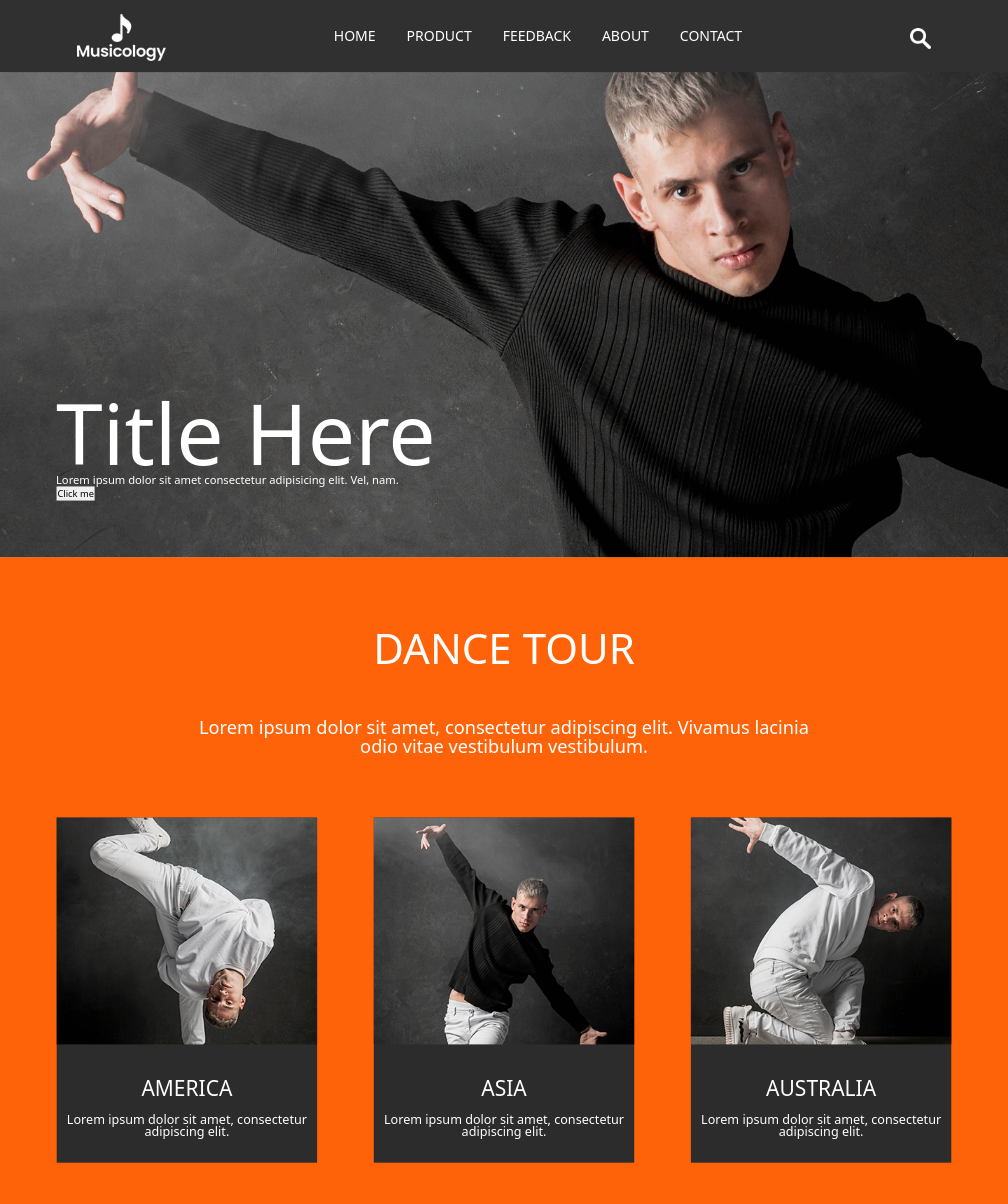
Repository: KinD2704/Web-University
Page: Bai30/index.html
An editor plug-in stored every save of this project. The page is shown before and after the next save, followed by the edit.
The browser window is 1280 px wide. The page is 1440 px wide, so the pictures cover 1440 px, including what lies to the right of the window. The pictures show the part of the page from y = 0 to 1720 px (the page is 7257 px tall), at 70% of full size.

Above is the page before, as saved 2023-12-24 00:38:31.

### Bai30/index.html
<!DOCTYPE html>
<html lang="en">

<head>
    <meta charset="UTF-8" />
    <meta name="viewport" content="width=device-width, initial-scale=1.0" />
    <title>les 30 percent</title>
    <link rel="stylesheet" href="https://cdnjs.cloudflare.com/ajax/libs/font-awesome/6.5.1/css/all.min.css">
    <link rel="stylesheet" href="css/reset.css" />
    <link rel="stylesheet" href="css/global.css">
    <link rel="stylesheet" href="css/styles.css" />
</head>

<body>
    <!-- Header -->
    <header>
        <div class="container d-flex justify-space-around">
            <div>
                <img src="img/logo.png" alt="logo" class="logo1" />
            </div>
            <div>
                <ul>
                    <li><a href="#!" class="text-white transition-05">HOME</a></li>
                    <li><a href="#!" class="text-white transition-05">PRODUCT</a></li>
                    <li><a href="#!" class="text-white transition-05">FEEDBACK</a></li>
                    <li><a href="#!" class="text-white transition-05">ABOUT</a></li>
                    <li><a href="#!" class="text-white transition-05">CONTACT</a></li>
                </ul>
            </div>
            <div>
                <img src="img/search.png" alt="search" class="search" />
            </div>
        </div>
    </header>

    <div class="banner1">
        <div class="banner1__item">
            <div class="banner1__text">
                <p class="text-white">Title Here</p>
            </div>
            <div class="banner1__text2">
                <p class="text-white">Lorem ipsum dolor sit amet consectetur adipisicing elit. Vel, nam.</p>
            </div>
            <div>
                <button class="buttonBtn">Click me</button>
            </div>
        </div>
    </div>
    <div class="banner2 h-974">
        <div class="banner2__container">
            <div class="banner2__text banner2__text1">
                <p class="text-white text-up">Dance Tour</p>
            </div>
            <div class="banner2__text banner2__text2">
                <p class="text-white">
                    Lorem ipsum dolor sit amet, consectetur adipiscing elit.
                    Vivamus lacinia odio vitae vestibulum vestibulum.
                </p>
            </div>
            <div class="banner2__item d-flex justify-space-evenly">
                <div class="banner2__item1">
                    <img src="img/item1.png" alt="" />
                    <p>AMERICA</p>
                    <p>
                        Lorem ipsum dolor sit amet, consectetur adipiscing
                        elit.
                    </p>
                </div>
                <div class="banner2__item1">
                    <img src="img/item2.png" alt="" />
                    <p>ASIA</p>
                    <p>
                        Lorem ipsum dolor sit amet, consectetur adipiscing
                        elit.
                    </p>
                </div>
                <div class="banner2__item1">
                    <img src="img/item3.png" alt="" />
                    <p>AUSTRALIA</p>
                    <p>
                        Lorem ipsum dolor sit amet, consectetur adipiscing
                        elit.
                    </p>
                </div>
            </div>
        </div>
    </div>
    <div class="banner3">
        <div class="banner2__container">
            <div class="banner2__text banner2__text1">
                <p class="text-white text-up">PRICING</p>
            </div>
            <div class="banner2__text banner2__text2">
                <p class="text-white">
                    The Latest Dance Industry Statistics Unveiled
                </p>
            </div>
            <div class="banner2__item d-flex justify-space-evenly">
                <div class="banner3__item1">
                    <div class="imgBasic"><img src="img/basic.png" alt=""></div>
                    <p>basic</p>
                    <p>Lorem ipsum dolor sit amet, consectetur adipiscing elit</p>
                    <div class="bannerBtn"><button>$150.00</button></div>
                </div>
                <div class="banner3__item1">
                    <div class="imgBasic"><img src="img/basic.png" alt="" /></div>
                    <p>Professional</p>
                    <p>Lorem ipsum dolor sit amet, consectetur adipiscing elit</p>
                    <div class="bannerBtn"><button>$200.00</button></div>
                </div>
                <div class="banner3__item1">
                    <div class="imgBasic"><img src="img/basic.png" alt="" /></div>
                    <p>Ultimate</p>
                    <p>Lorem ipsum dolor sit amet, consectetur adipiscing elit</p>
                    <div class="bannerBtn"><button>$250.00</button></div>
                </div>
            </div>
        </div>
        <div class="banner4 h-974">
            <div class="banner4__container d-flex">
                <div class="banner4__item1">
                    <img src="img/anh-banner4.png" alt="" class="h-974">
                </div>
                <div class="banner4__item2">
                    <p class="p1">BREAKING DANCE</p>
                    <p class="p2">the dancers who perform it. Breaking is popular in many places, but many people do not
                        understand it </p>
                    <div class="bannerBtn1"><button class="banner5-Btn">READ MORE</button></div>
                </div>

            </div>
        </div>
        <div class="banner5 h-974">
            <div class="banner5__container d-flex">
                <div class="banner5__item1">
                    <p class="p1">STREET DANCE</p>
                    <p class="p2">Street dance is a type of dance genre that came to being outside the traditional dance
                        studio</p>
                    <div class="bannerBtn1"><button class="banner5-Btn">READ MORE</button></div>
                </div>
                <div class="banner5__item2">
                    <img src="img/anh-banner5.png" alt="" class="h-974">
                </div>
            </div>
        </div>
        <div class="banner6 h-974">
            <div class="banner2__container">
                <div class="banner2__text banner2__text1">
                    <p class="text-up text-white">Our Statistics</p>
                </div>
                <div class="banner2__text banner2__text2">
                    <p class="text-white">
                        The survey was conducted from November 2022 to January
                        2023, for the reporting period of 2022.
                    </p>
                </div>
                <div class="banner6__item d-flex justify-space-evenly">
                    <div class="banner6__item1">
                        <p class="text-white">1240+</p>
                        <p class="text-white">Club</p>
                    </div>
                    <div class="banner6__item1">
                        <p class="text-white">2000+</p>
                        <p class="text-white">Active member</p>
                    </div>
                    <div class="banner6__item1">
                        <p class="text-white">1000+</p>
                        <p class="text-white">Community</p>
                    </div>
                </div>
            </div>
            <div class="banner7 h-974">
                <div></div>
            </div>
            <div class="banner8">
                <div class="banner2__container">
                    <div class="banner2__text banner2__text1">
                        <p class="text-up text-white">Subscribe</p>
                    </div>
                    <div class="banner2__text banner2__text2">
                        <p class="text-white">
                            The survey was conducted from November 2022 to January
                            2023, for the reporting period of 2022.
                        </p>
                    </div>
                    <div class="contact-email d-flex">
                        <input type="text" placeholder="Your Email" class="yourEmail">
                        <button class="subscribe text-white transition-05">SUBSCRIBE</button>
                    </div>
                </div>
            </div>
            <div class="banner9">
                <div class="banner9__container d-flex justify-space-around">
                    <div class="col-1 d-flex">
                        <p class="text-up">Musicology</p>
                        <p>
                            Lorem ipsum dolor sit amet consectetur adipisicing elit. Sapiente enim repudiandae provident necessitatibus aspernatur distinctio veniam exercitationem veritatis sunt tenetur.
                        </p>
                        <span class="col-1__p3">
                            <i class="fa-brands fa-facebook"></i>
                            <i class="fa-brands fa-instagram"></i>
                            <i class="fa-brands fa-twitter"></i>
                        </span>
                    </div>
                    <div>
                        <div class="col-2 d-flex">
                            <p>ABOUT</p>
                            <p>History</p>
                            <p>Our Team</p>
                            <p>About Me</p>
                            <p>Condition</p>
                            <p>Privacy Policy</p>
                        </div>
                    </div>
                    <div>
                        <div class="col-2 d-flex">
                            <p>OTHER</p>
                            <p>Contact us</p>
                            <p>Help</p>
                            <p>Privacy</p>
                        </div>
                    </div>
                </div>
            </div>

            <!-- Footer -->
            <footer></footer>
</body>

</html>

### Bai30/css/reset.css
article,
aside,
details,
figcaption,
figure,
footer,
header,
hgroup,
menu,
nav,
section {
    display: block;
}
body {
    line-height: 1;
}
ol,
ul {
    list-style: none;
}
blockquote,
q {
    quotes: none;
}
blockquote:before,
blockquote:after,
q:before,
q:after {
    content: "";
    content: none;
}
table {
    border-collapse: collapse;
    border-spacing: 0;
}

### Bai30/css/global.css
.h-974 {
    height: 974px;
}
.text-up {
    text-transform: uppercase;
}
.d-flex {
    display: flex;
}
.text-white {
    color: #ffffff;
}
.justify-space-evenly {
    justify-content: space-evenly;
}
.justify-space-around {
    justify-content: space-around;
}
.transition-05 {
    transition: 0.5s;
}

### Bai30/css/styles.css
* {
    margin: 0;
    padding: 0;
    font-family: system-ui, -apple-system, BlinkMacSystemFont, "Segoe UI",
        Roboto, Oxygen, Ubuntu, Cantarell, "Open Sans", "Helvetica Neue",
        sans-serif;
    box-sizing: border-box;
}
body {
    width: 1440px;
    margin: 0 auto;
}
/* Header */
header {
    position: fixed;
    width: 1440px;
    height: 103px;
    background-color: #303030;
    z-index: 100;
}
.container {
    line-height: 103px;
}
.container .search {
    font-size: 28px;
    margin-top: 40px;
}
.container .logo1 {
    margin-top: 20px;
}
header ul li {
    display: inline-block;
}
header ul li a {
    text-decoration: none;
    font-size: 20px;
    margin: 0 20px;
}
header ul li:hover a {
    color: orange;
}
/* banner 1 */
.banner1 {
    background-image: url("../img/banner1.png");
    height: 796px;
    background-repeat: no-repeat;
    background-size: cover;
    position: relative;
}
.banner1__item {
    position: absolute;
    bottom: 80px;
    left: 80px;
}
.banner1__text p {
    font-size: 120px;
}
.banner1__text2 p{
    font-size
}
/* banner 2 */
.banner2 {
    background-image: url("../img/banner2.png");
}
.banner2__container {
    padding: 100px 0;
}
.banner2__text1 p {
    font-size: 60px;
    text-align: center;
}
.banner2__text2 p {
    font-size: 26px;
    text-align: center;
    width: 892px;
    margin: 0 auto;
    margin-top: 70px;
    margin-bottom: 90px;
}
/* item */
.banner2__item1 {
    background-image: url("/img/background-item.png");
    width: 372px;
    height: 493px;
}

.banner2__item1 p {
    color: #ffffff;
    width: 372px;
}
.banner2__item1 p:first-of-type {
    display: block;
    font-size: 30px;
    text-align: center;
    margin-top: 45px;
}
.banner2__item1 p:last-of-type {
    display: block;
    font-size: 18px;
    text-align: center;
    margin-bottom: 40px;
    margin-top: 20px;
}

/* banner3 */
.banner3 {
    background-image: url("../img/banner3.png");
    height: 974px;
}
.banner3__item1 {
    color: white;
    background-image: url("../img/background-item-1.png");
    width: 372px;
    height: 493px;
}
.banner3__item1 .imgBasic {
    width: 372px;
    text-align: center;
    margin: 60px auto;
}
.banner3__item1 p:first-of-type {
    display: block;
    font-size: 30px;
    text-align: center;
    text-transform: uppercase;
    margin-bottom: 30px;
}
.banner3__item1 p:last-of-type {
    display: block;
    font-size: 18px;
    text-align: center;
    margin-bottom: 30px;
}
.banner3__item1 .bannerBtn {
    margin: 0 auto;
    width: 372px;
    text-align: center;
}
.banner3__item1 button,
.banner5-Btn {
    height: 70px;
    width: 80%;
    text-align: center;
    color: white;
    background-color: #303030;
    border-radius: 5px;
    font-size: 20px;
    transition: 0.5s;
}
.bannerBtn:hover button,
.banner5-Btn:hover,
.subscribe:hover {
    background-color: gold;
    cursor: pointer;
    color: sienna;
}
/* Banner 4 */
.banner4 {
    background-image: url("../img/banner4.png");
}
.banner4__item1,
.banner4__item2,
.banner5__item1,
.banner5__item2 {
    flex-basis: 50%;
}
.banner4__item1 img,
.banner5__item2 img {
    width: 100%;
    object-fit: cover;
}
.banner4__item2,
.banner5__item1 {
    color: white;
    padding-left: 60px;
    padding-right: 60px;
}
/* Banner 5 */
.banner5 {
    background-image: url("../img/banner5.png");
}
.banner5-Btn {
    width: 40%;
    margin-bottom: 270px;
}
.p1 {
    font-size: 60px;
    text-transform: uppercase;
    margin-top: 300px;
}
.p2 {
    font-size: 26px;
    margin: 0 auto;
    margin-top: 70px;
    margin-bottom: 90px;
}
/* banner 6 */
.banner6 {
    background-image: url("../img/banner6.png");
}
.banner6__item p:first-of-type {
    font-size: 50px;
    text-align: center;
    margin-bottom: 20px;
}
.banner6__item p:last-of-type {
    font-size: 35px;
    text-align: center;
}
/* Banner 7 */
.banner7 {
    background-image: url("../img/banner7-1.png");
}
/* Banner 8 */
.banner8 {
    background-image: url("../img/banner8.png");
    height: 579px;
}
.contact-email {
    width: 770px;
    height: 70px;
    margin: 0 auto;
}
.yourEmail {
    flex-basis: 70%;
}
.subscribe {
    flex-basis: 30%;
    background-color: #303030;
}
/* Banner 9 */
.banner9 {
    background-image: url("../img/banner9.png");
    height: 470px;
}
.banner9__container {
    padding-top: 125px;
    padding-bottom: 80px;
}
.col-1,
.col-2 {
    flex-direction: column;
    flex-basis: 25%;
    color: white;
}
.col-1 p {
    padding: 20px 0;
    transition: 0.5s;
}
.col-1 .col-1__p3 i {
    margin: 0 5px;
}
.col-2 p {
    transition: 0.5s;
}
.col-2 p:first-of-type {
    padding: 20px 0;
}
.col-2 p:not(:first-of-type) {
    padding: 5px 0;
}
.col-1 p:hover,
.col-2 p:hover {
    color: orange;
}

After the next save:
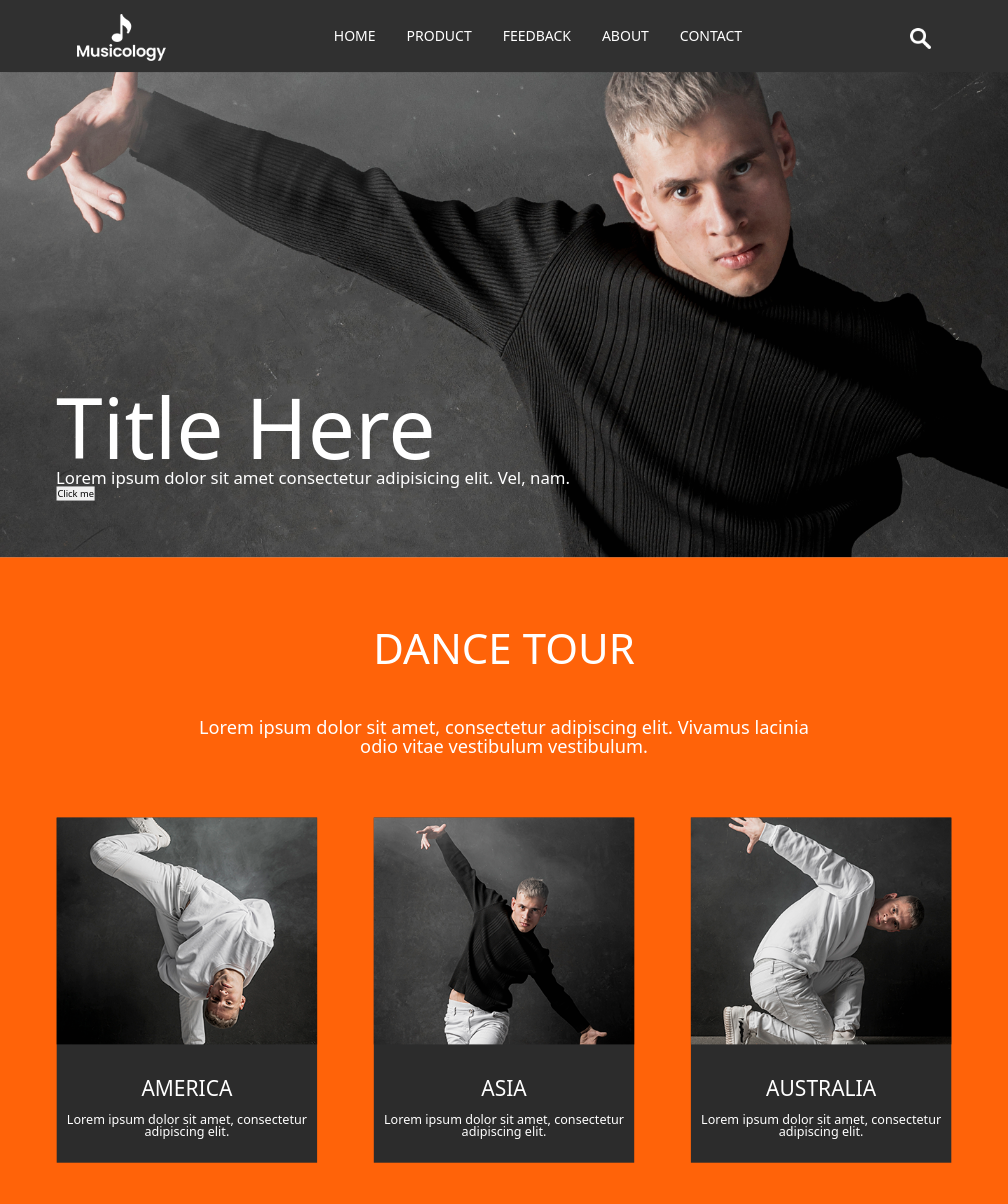
Saved 10 s later.
--- a/Bai30/css/styles.css
+++ b/Bai30/css/styles.css
@@ -55,8 +55,8 @@ header ul li:hover a {
 .banner1__text p {
     font-size: 120px;
 }
-.banner1__text2 p{
-    font-size
+.banner1__text2 p {
+    font-size: 24px;
 }
 /* banner 2 */
 .banner2 {
